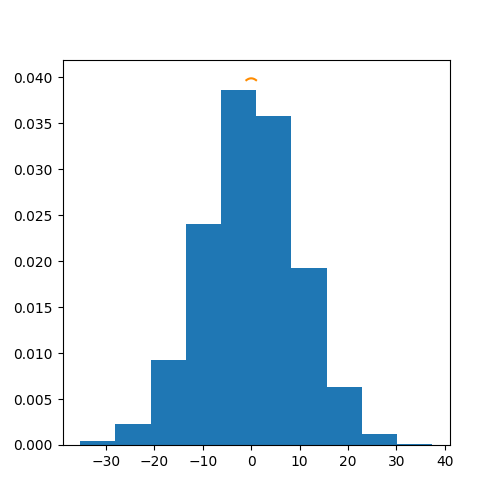
Repository: nishimuraHikar/PythonShowGraph
Script's output: python main.py
An editor plug-in stored every save of this project. The script's output is shown before and after the next save, followed by the edit.
Random numbers start from a fixed seed.

Above is the script's output before, as saved 2022-03-03 02:08:46.

### main.py
from time import time
import graph
import numpy as np

datafile = 'predict.csv'

timedata = graph.ReadColumn(datafile,0)
forcedatax = graph.ReadColumn(datafile, 1)
predictdatax = graph.ReadColumn(datafile, 2)
forcedatay = graph.ReadColumn(datafile, 3)
predictdatay = graph.ReadColumn(datafile, 4)

# graph.graph_1data(timedata, rawdata, "Raw Data")
# graph.graph_2data(timedata, rawdata, predictdata, "Raw Data", "Predict Data")
# graph.multiplot_2and1(timedata, forcedatax, predictdatax, forcedatay,predictdatay, "Actual X", "Predict X", "Actual Y", "Predict Y")
graph.histgram(np.random.normal(0, 10, 10000), 10, 10)

### graph.py
import numpy as np
import matplotlib.pyplot as plt
import pandas as pd
from scipy.stats import norm

def ReadColumn(csv, line_num): #csvと列番号を指定
    #csvからndarray型に変換
    csvdata = pd.read_csv(csv, header=0, usecols=[line_num])
    # csvから読んだデータをnumpyの行列に入れる
    array = csvdata.values
    return array

# グラフ表示
# 1つのグラフ
def graph_1data(x_data, y_data, labelname):
    plt.rcParams['font.family'] = 'Times New Roman'
    plt.rcParams["xtick.direction"] = "in"
    plt.rcParams["ytick.direction"] = "in"
    plt.rcParams["xtick.major.width"] = 1.5
    plt.rcParams["ytick.major.width"] = 1.5
    plt.rcParams["font.size"] = 14
    plt.rcParams["axes.linewidth"] = 1.5

    plt.plot(x_data, y_data, c="darkorange", label=labelname)
    np.linspace(min(x_data), max(x_data), 100)
    # plt.ylim(-1.55, 1.55)
    # plt.ylim(min(y_data), max(y_data))
    plt.xlabel("Time[sec]", fontname = 'Times New Roman')
    plt.ylabel("Force[N]", fontname = 'Times New Roman')
    plt.legend()
    # plt.savefig('NNresult.png') #PNGファイル生成
    plt.show()


# 2つのグラフ
def graph_2data(x_data, y1_data, y2_data, labelname1, labelname2):
    plt.rcParams['font.family'] = 'Times New Roman'
    plt.rcParams["xtick.direction"] = "in"
    plt.rcParams["ytick.direction"] = "in"
    plt.rcParams["xtick.major.width"] = 1.5
    plt.rcParams["ytick.major.width"] = 1.5
    plt.rcParams["font.size"] = 14
    plt.rcParams["axes.linewidth"] = 1.5

    plt.plot(x_data, y1_data, c="darkorange", label=labelname1)
    plt.plot(x_data, y2_data, c="blue", label=labelname2)
    np.linspace(min(x_data), max(x_data), 100)
    # plt.ylim(-0.01, 0.01)
    # plt.ylim(min(y_data), max(y_data))
    plt.xlabel("Time[sec]", fontname = 'Times New Roman')
    plt.ylabel("Force[N]", fontname = 'Times New Roman')
    plt.legend()
# <<<<<<< HEAD
#     plt.savefig('NNresult.png') #PNGファイル生成
#     plt.show()

# マルチプロット2行1列
def multiplot_2and1(x_data, y_data1a, y_data1b, y_data2a, y_data2b, labelname1, labelname2, labelname3, labelname4):
    plt.rcParams['font.family'] = 'Times New Roman'
    plt.rcParams["xtick.direction"] = "in"
    plt.rcParams["ytick.direction"] = "in"
    plt.rcParams["xtick.major.width"] = 1.5
    plt.rcParams["ytick.major.width"] = 1.5
    plt.rcParams["font.size"] = 16
    plt.rcParams["axes.linewidth"] = 1.5

    plt.figure(figsize=[9, 7])
    # ax1 = fig.add_subplot(2, 1, 1)
    # ax2 = fig.add_subplot(2, 1, 2)

    plt.subplot(211)
    plt.plot(x_data, y_data1a, c="darkorange", label=labelname1)
    plt.plot(x_data, y_data1b, c="blue", label=labelname2)
    plt.ylabel("Force[N]", fontname = 'Times New Roman')
    plt.xlim(0, 60)
    plt.ylim(-0.1, 0.2)
    plt.axvspan(40, 60, color="gray", alpha=0.3)
    plt.legend(loc = 'upper left')

    plt.subplot(212)
    plt.plot(x_data, y_data2a, c="darkorange", label=labelname3)
    plt.plot(x_data, y_data2b, c="blue", label=labelname4)
    plt.ylabel("Force[N]", fontname = 'Times New Roman')
    plt.xlim(0, 60)
    plt.ylim(-0.1, 0.2)

    np.linspace(min(x_data), max(x_data), 100)
    plt.xlabel("Time[sec]", fontname = 'Times New Roman')
    plt.axvspan(40, 60, color="gray", alpha=0.3)
    plt.legend(loc = 'upper left')

    plt.tight_layout()
    plt.savefig("result.pdf")
    plt.show()

# ヒストグラム
def histgram(data, binsnum, scale):
    fig = plt.figure(figsize = [5,5])
    ax = fig.add_subplot(111)
    ax.hist(data, bins = binsnum, density = True)
    X = np.linspace(-1.0, 1.0, 100)
    Y = norm.pdf(X, loc=0, scale=scale)
    ax.plot(X, Y, c="darkorange")
    plt.show()

Loaded but not shown: predict.csv (59902 lines, source omitted)

After the next save:
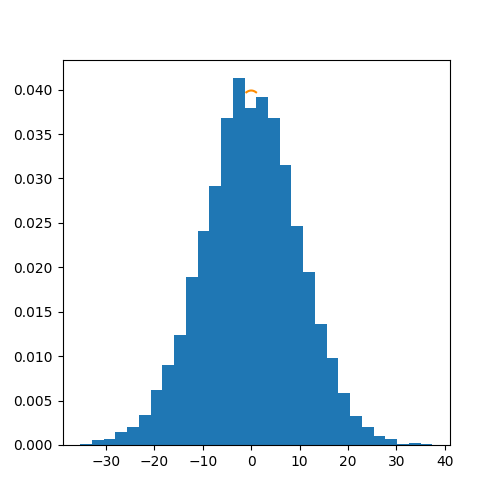
Saved 19 s later.
--- a/main.py
+++ b/main.py
@@ -13,4 +13,4 @@ predictdatay = graph.ReadColumn(datafile, 4)
 # graph.graph_1data(timedata, rawdata, "Raw Data")
 # graph.graph_2data(timedata, rawdata, predictdata, "Raw Data", "Predict Data")
 # graph.multiplot_2and1(timedata, forcedatax, predictdatax, forcedatay,predictdatay, "Actual X", "Predict X", "Actual Y", "Predict Y")
-graph.histgram(np.random.normal(0, 10, 10000), 10, 10)
+graph.histgram(np.random.normal(0, 10, 10000), 30, 10)
